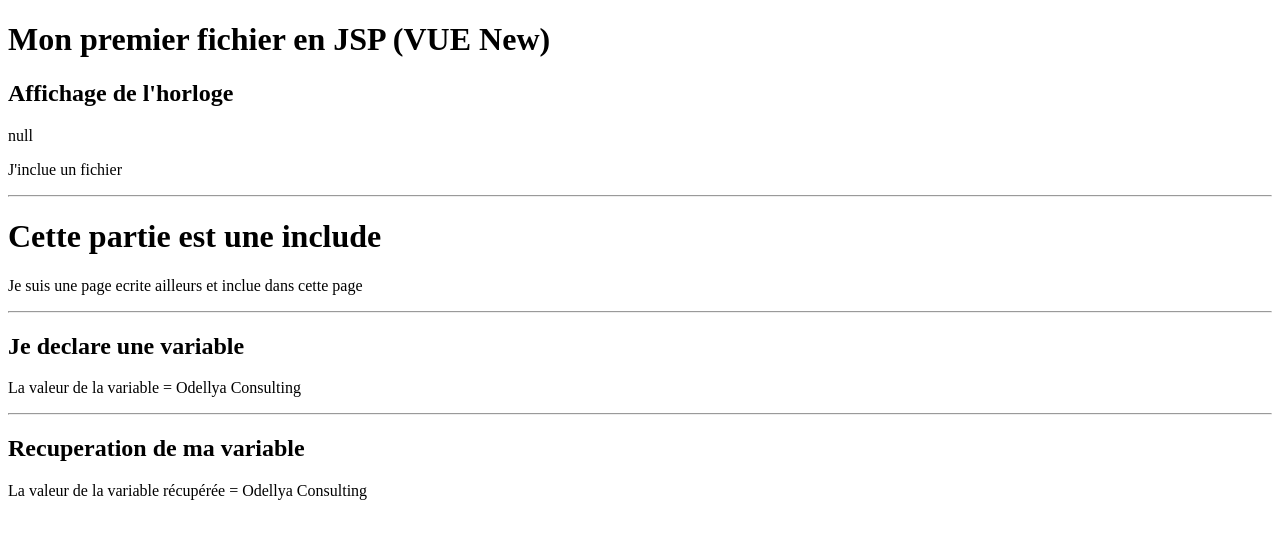
Repository: lemzoo/Formation_JEE
Page: http://localhost/FirstProject/horloge.jsp
The author's editor kept a copy of each file at every save. The page is drawn from the files as they stood at one save, then again after the next save.
The browser window is 1280 px wide. The pictures show the whole page.
The page is served by Tomcat 9. Other server files are loaded and not shown. The template is opened directly, without the code that normally fills it, so the values that code supplies are empty.

Above is the page before, as saved 2016-06-20 12:09:21.

### FirstProject/WebContent/horloge.jsp
<%@ page language="java" contentType="text/html; charset=UTF-8"
    pageEncoding="UTF-8"%>

<%@page  %>
<!DOCTYPE html PUBLIC "-//W3C//DTD HTML 4.01 Transitional//EN" "http://www.w3.org/TR/html4/loose.dtd">
<html>
<head>
<meta http-equiv="Content-Type" content="text/html; charset=UTF-16LE">
<title>Ma page JSP</title>
</head>
<body>
	<h1>Mon premier fichier en JSP (VUE New)</h1>
	<h2>Affichage de l'horloge</h2>
	<p>
	<%
		String attribut = (String) request.getAttribute("test");
	    out.println(attribut );
    %>
    </p>

    <p>J'inclue un fichier</p>
    <%@include file="maPageInclude.jsp" %>

      <hr>
    <h2>Recuperation de ma variable</h2>
     <p>
    <% out.println("La valeur de la variable récupérée = " + sVotreNom); %>
    </p>

</body>
</html>

### FirstProject/WebContent/maPageInclude.jsp
<%@ page language="java" contentType="text/html; charset=UTF-8"
    pageEncoding="UTF-8"%>
<!DOCTYPE html PUBLIC "-//W3C//DTD HTML 4.01 Transitional//EN" "http://www.w3.org/TR/html4/loose.dtd">
<html>
<head>
<meta http-equiv="Content-Type" content="text/html; charset=UTF-16LE">
<title>Insert title here</title>
</head>
<body>
	<hr>
	<h1>Cette partie est une include</h1>
	<p>Je suis une page ecrite ailleurs et  inclue dans cette page</p>

	<hr>
    <h2>Je declare une variable</h2>
    <% String sVotreNom = "Odellya Consulting"; %>
    <p>
    <% out.println("La valeur de la variable = " + sVotreNom); %>
    </p>

</body>
</html>

After the next save:
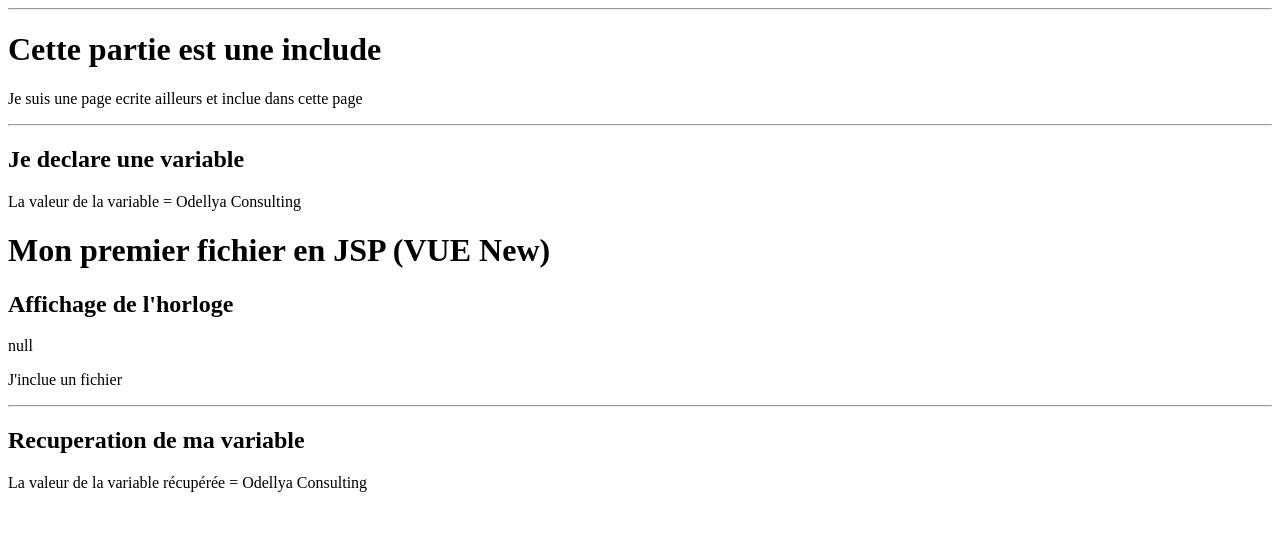
Saved 72 s later.
--- a/FirstProject/WebContent/horloge.jsp
+++ b/FirstProject/WebContent/horloge.jsp
@@ -1,6 +1,6 @@
 <%@ page language="java" contentType="text/html; charset=UTF-8"
     pageEncoding="UTF-8"%>
-
+ <%@ include file="maPageInclude.jsp" %>
 <%@page  %>
 <!DOCTYPE html PUBLIC "-//W3C//DTD HTML 4.01 Transitional//EN" "http://www.w3.org/TR/html4/loose.dtd">
 <html>
@@ -19,7 +19,7 @@
     </p>
 
     <p>J'inclue un fichier</p>
-    <%@include file="maPageInclude.jsp" %>
+
 
       <hr>
     <h2>Recuperation de ma variable</h2>
